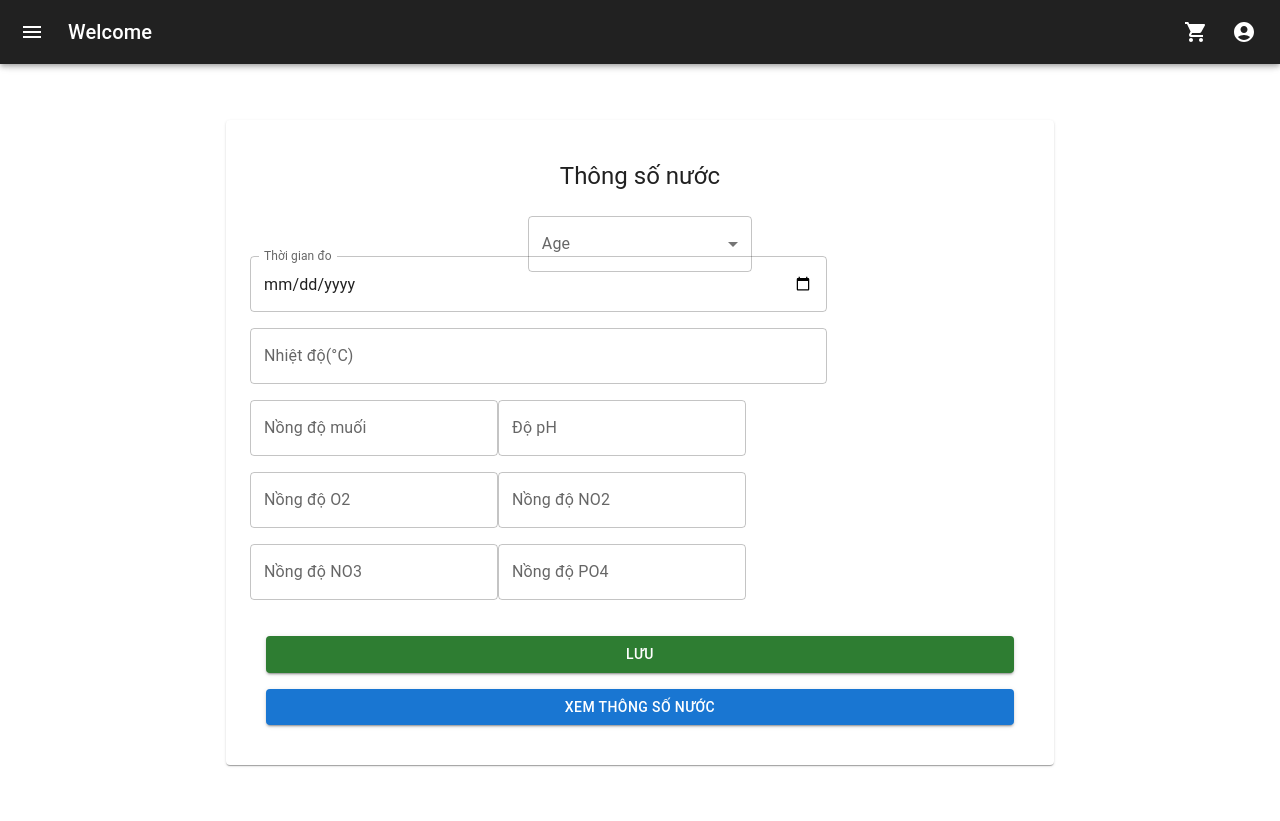
Repository: huynguyenj/KOICARE_FRONTEND
Page: /userhome/param (app in kcs-frontend/)
An editor plug-in stored every save of this project. The page is shown before and after the next save, followed by the edit.
The browser window is 1280 px wide. The pictures show the whole page.
The project was rebuilt for these pictures with package versions that can differ from the ones it lists, and the page was loaded fresh each time. Also part of the build but not shown: kcs-frontend/vite.config.js, kcs-frontend/src/components/Header/Header.css, kcs-frontend/src/components/Header/Header.jsx, kcs-frontend/src/components/Footer/Footer.jsx, kcs-frontend/src/components/Footer/FooterEnd.jsx, kcs-frontend/src/components/Footer/FooterCR.jsx, kcs-frontend/src/components/Footer/Footer1.jsx, kcs-frontend/src/pages/Guest/Home/Home.jsx and 38 more.

Above is the page before, as saved 2024-10-26 14:56:02.

After the next save:
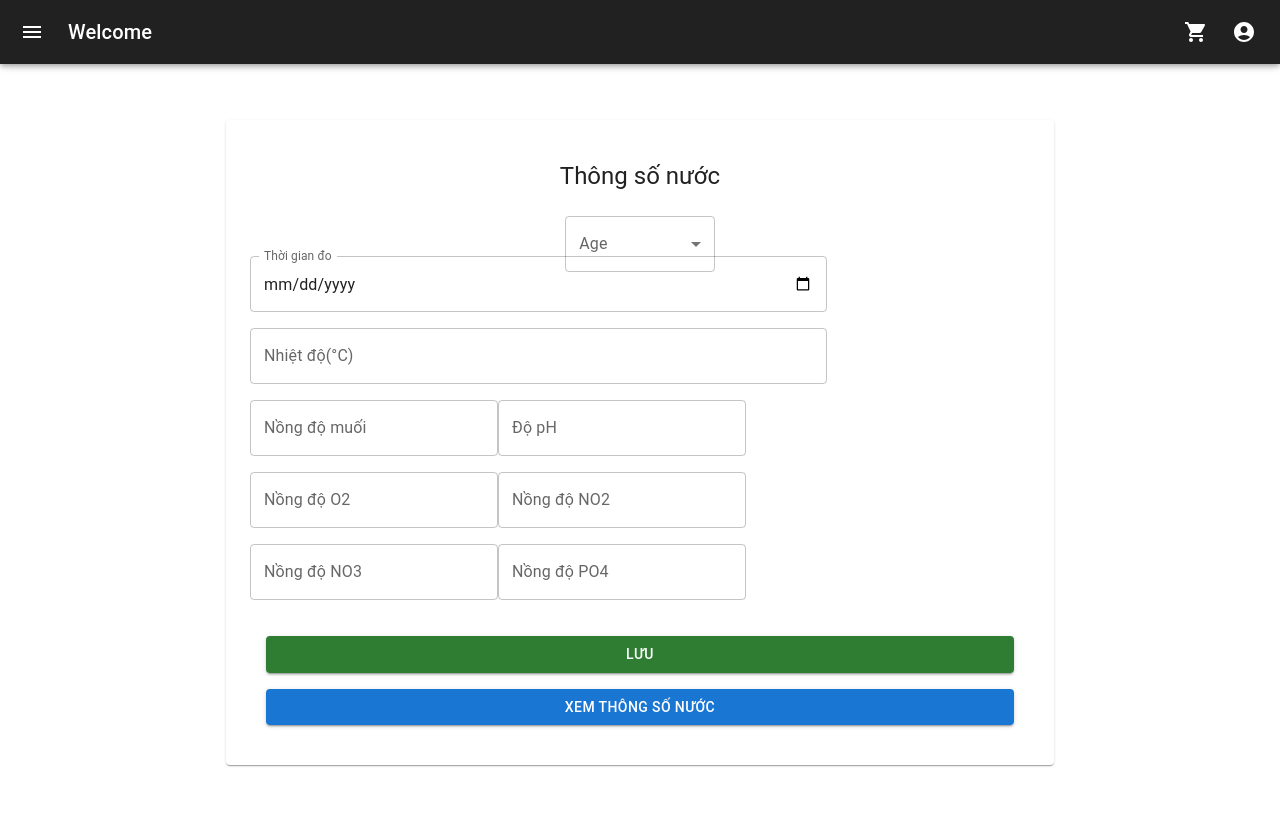
Saved 6 s later.
--- a/kcs-frontend/src/pages/Calculate/WaterParam/AddWaterParam.jsx
+++ b/kcs-frontend/src/pages/Calculate/WaterParam/AddWaterParam.jsx
@@ -91,7 +91,7 @@ function AddWaterParam() {
           <Typography variant="h5" sx={{ mb: 3 }}>
             Thông số nước
           </Typography>
-          <FormControl sx={{width:"30%"}}>
+          <FormControl sx={{width:"20%"}}>
         <InputLabel id="demo-simple-select-label">Age</InputLabel>
         <Select
           labelId="demo-simple-select-label"
